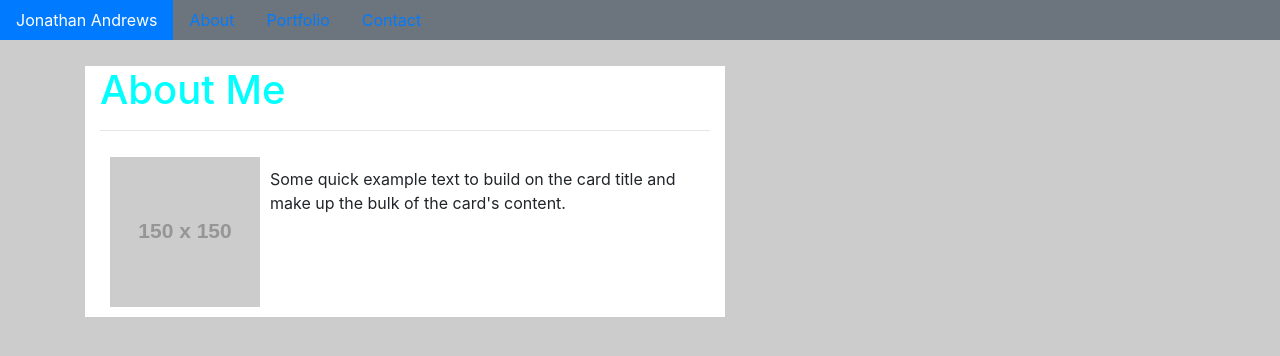
Repository: ionathas78/ionathas78.github.io
Page: index.html
The author's editor kept a copy of each file at every save. The page is drawn from the files as they stood at one save, then again after the next save.
The browser window is 1280 px wide. The pictures show the whole page.

Above is the page before, as saved 2020-03-14 21:00:29.

After the next save:
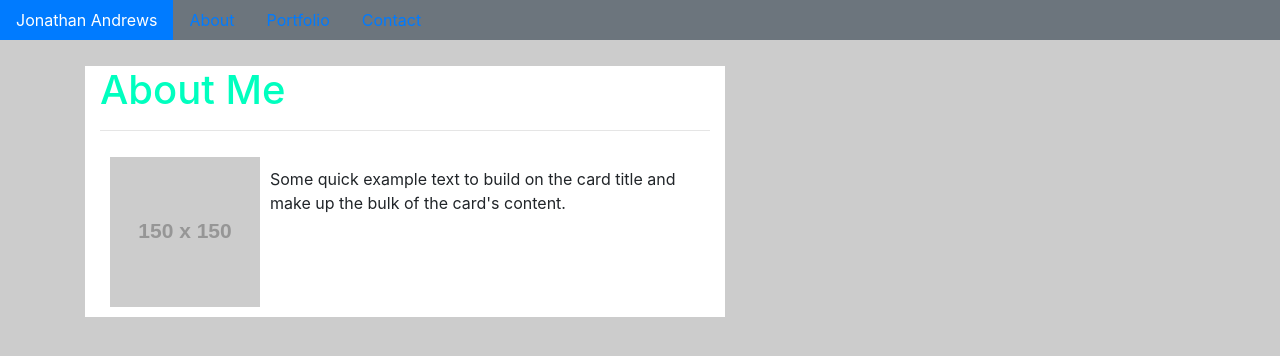
Saved 40 s later.
--- a/index.html
+++ b/index.html
@@ -29,7 +29,7 @@
         <div class="row">
             <div class="col-lg-4">
                 <div class="container clearfix" style="width: 50vw; max width: 900px; background-color: white; margin-top: 2vw;">
-                    <h1 style="color: aqua;">About Me</h1>
+                    <h1 style="color: rgb(0, 255, 191);">About Me</h1>
                     <hr>
                     <img src="https://via.placeholder.com/150" class="float-left" alt="My Index Pic" style="margin: 10px 10px;">
                         <div class="card-body">
